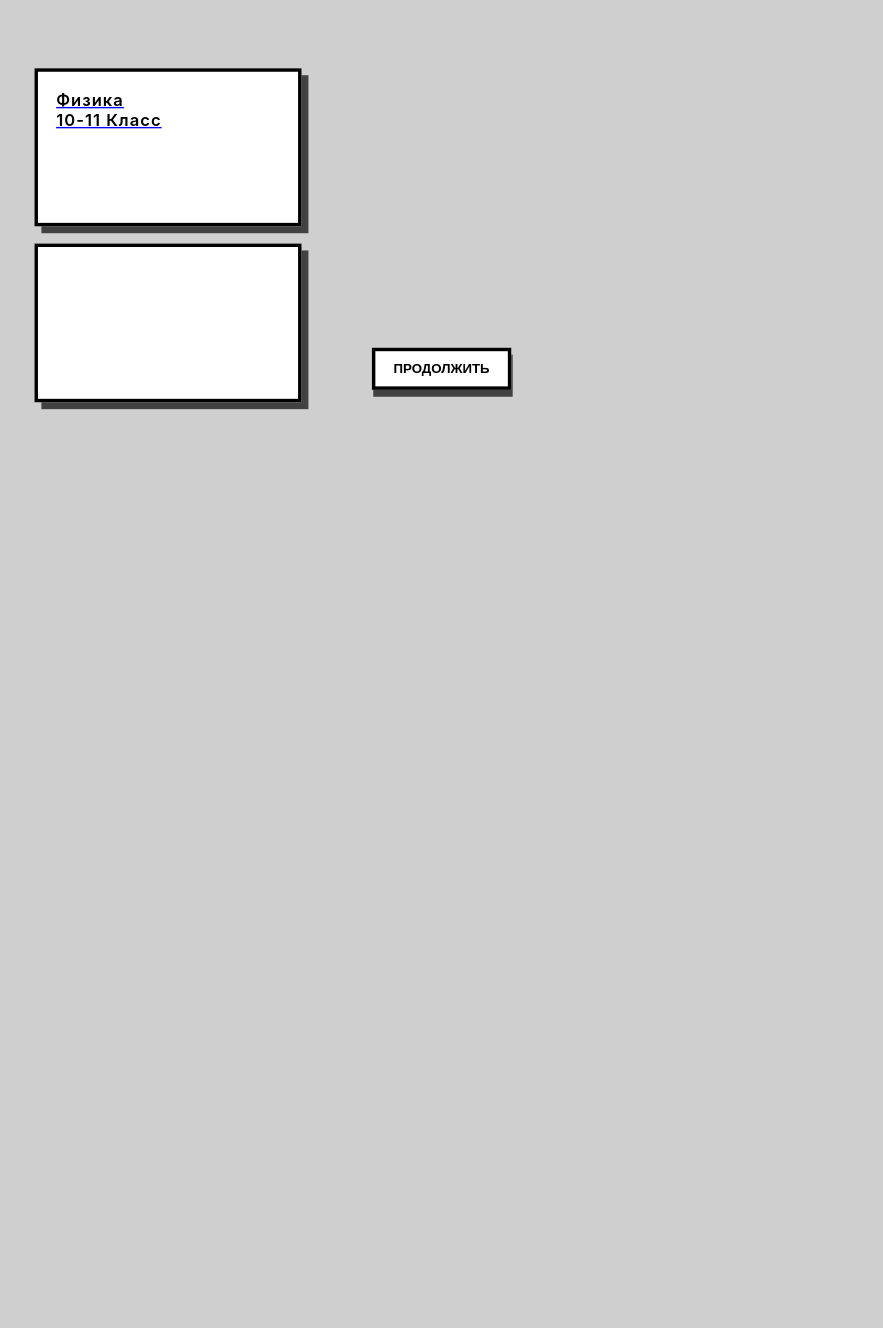
Repository: ICU-Dici/SchoolProject
Page: /NavigationBlock
The author's editor kept a copy of each file at every save. The page is drawn from the files as they stood at one save, then again after the next save.
The browser window is 1280 px wide. The pictures show the whole page, at 69% of full size.
The project was rebuilt for these pictures with package versions that can differ from the ones it lists, and the page was loaded fresh each time. Also part of the build but not shown: src/components/PhysicsEGE/Header/HeaderCopy.module.css, src/components/PhysicsEGE/Header/Header.jsx, src/components/MainBody/MainPage.jsx, src/components/PhysicsEGE/Header/Header copy.jsx, src/components/PhysicsEGE/PointsTransfer/PointsTransfer.jsx, src/components/PhysicsEGE/PointsTransfer/PointsTransferContainer.jsx, src/components/PhysicsEGE/PhysicsEGE.module.css, src/components/PhysicsEGE/PhysicsNavPage/PhysicsNavPage.module.css and 5 more.

Above is the page before, as saved 2024-01-02 00:42:01.

### src/index.js
import React from 'react';
import ReactDOM from 'react-dom/client';
import './index.css';
import AppNew from './AppNew';
import reportWebVitals from './reportWebVitals';
import { Provider } from 'react-redux';
import store from './redux/state-redux';

const root = ReactDOM.createRoot(document.getElementById('root'));
export let RenderEntierTree = (state) =>{
  root.render(
    <React.StrictMode>
      <Provider store={store}>
      <AppNew/>
      </Provider>
    </React.StrictMode>
  );

  reportWebVitals();
}

RenderEntierTree(store.getState());
store.subscribe(() => {
  let state = store.getState();
  RenderEntierTree(state);
});

### src/AppNew.js
import './App.css';
import {BrowserRouter, NavLink, Route, Routes} from "react-router-dom";
import Header from './components/PhysicsEGE/Header/Header';
import MainPage from './components/MainBody/MainPage';
import NavigationSide from './components/NavigationSide/NavigationSide';
import PhysicsEGE from './components/PhysicsEGE/PhysicsEGE';
import NavigationSideContainer from './components/NavigationSide/NavigationSideContainer';
import PhysicsEGEContainer from './components/PhysicsEGE/PhysicsEGEContainer';

const  App = () => {
  return (
    <BrowserRouter>
    <div className="AppWrapper">
      <Routes>
      <Route path='/NavigationBlock/' element={<NavigationSideContainer/>}/>
      <Route path='/Physics/*' element={<PhysicsEGEContainer/>}/>
      </Routes>
    </div>
    </BrowserRouter>
  );
}

export default App;

### src/redux/state-redux.js
import {combineReducers, legacy_createStore as createStore } from 'redux'
import PointsTransferReducer from './PointsTransferReducer';
import NavigationReducer from './NavigationReducer';
import PhysicsEGEReducer from './PhysicsEGEReducer';
import PhysicsNavPageReducer from './PhysicsNavPageReducer';





let reducers = combineReducers({
    PTRdom: PointsTransferReducer,
    NavSideDOM: NavigationReducer,
    PhysicsEGEDOM: PhysicsEGEReducer,
    PhysicsNavPageDOM: PhysicsNavPageReducer,
})

let store = createStore( reducers)

window.store = store

export default store;

### src/App.css
.AppWrapper {
    display: grid;
    margin: 0 auto;
    grid-template-areas:
    ' H '
    ' M ';
    grid-gap: 10px; /*grid-gap- это расстояния между элементами grid-сетки*/
  }
.MainBody {
    grid-area: M;
}

### src/components/NavigationSide/NavigationSide.jsx
import React from "react";
import s from './NavigationSide.module.css'
import { NavLink } from "react-router-dom";
import PhyBlockStructureContainer from "./Block/PhyBlockStructureContainer";




const NavigationSide = (props) =>{
    return (

        <div className={s.AheadWrapper}>
            <div className={s.NavBlocksWrapper}>
                <div className={s.PhysicsPath} >
                    <div className={s.PhysicsLink} onClick={() => {props.SelectBlockAc('/Physics/*')}}><PhyBlockStructureContainer index={'/Physics/*'} blockName={'Физика'} blockInfo={'10-11 Класс'}/></div>
                    <div className={s.PhysicsLink} onClick={() => {props.SelectBlockAc('/Physics/PointsTransfer')}}><PhyBlockStructureContainer index={'/Physics/PointsTransfer'}/></div>
                </div>
                <div>
                    <NavLink to={props.selected}  className={s.ToTruePageWrapper}><div  className={s.ToTruePage}>ПРОДОЛЖИТЬ</div></NavLink>
                </div>
            </div>
        </div>
    )
}


export default NavigationSide;

### src/components/NavigationSide/NavigationSideContainer.jsx
import { connect } from "react-redux"
import NavigationSide from "./NavigationSide"
import {SelectBlockAc} from '../../redux/NavigationReducer'






const mapStateToProps = (state) => {
    return {
        selected: state.NavSideDOM.selected
    }
}

export default connect(mapStateToProps, {SelectBlockAc})(NavigationSide)

### src/components/PhysicsEGE/PhysicsEGEContainer.jsx
import { connect } from "react-redux"
import PhysicsEGE from "./PhysicsEGE"
import { toggleBurgerMenuAc } from "../../redux/PhysicsEGEReducer"














const mapStateToProps = (state) => {
    return {
        isBurgerMenuOpened: state.PhysicsEGEDOM.isBurgerMenuOpened
    }
}


export default connect(mapStateToProps, {toggleBurgerMenuAc})(PhysicsEGE)

### src/redux/PointsTransferReducer.js




let PointTransferRInitialState ={
    PointsBase: [
        { id: 0, realId: 0 },
        { id: 1, realId: 4 },
        { id: 2, realId: 8},
        { id: 3, realId: 11 },
        { id: 4, realId: 15 },
        { id: 5, realId: 18 },
        { id: 6, realId: 22 },
        { id: 7, realId: 26 },
        { id: 8, realId: 29 },
        { id: 9, realId: 33 },
        { id: 10, realId: 36 },
        { id: 11, realId: 38 },
        { id: 12, realId: 39 },
        { id: 13, realId: 40 },
        { id: 14, realId: 42 },
        { id: 15, realId: 43 },
        { id: 16, realId: 44 },
        { id: 17, realId: 46 },
        { id: 18, realId: 47 },
        { id: 19, realId: 48 },
        { id: 20, realId: 49 },
        { id: 21, realId: 51 },
        { id: 22, realId: 52 },
        { id: 23, realId: 53 },
        { id: 24, realId: 55 },
        { id: 25, realId: 56 },
        { id: 26, realId: 57 },
        { id: 27, realId: 59 },
        { id: 28, realId: 60 },
        { id: 29, realId: 61 },
        { id: 30, realId: 62 },
        { id: 31, realId: 65 },
        { id: 32, realId: 68 },
        { id: 33, realId: 70 },
        { id: 34, realId: 73 },
        { id: 35, realId: 75 },
        { id: 36, realId: 78 },
        { id: 37, realId: 80 },
        { id: 38, realId: 83 },
        { id: 39, realId: 85 },
        { id: 40, realId: 88 },
        { id: 41, realId: 90 },
        { id: 42, realId: 93 },
        { id: 43, realId: 95 },
        { id: 44, realId: 98 },
        { id: 45, realId: 100 },
    ],
    BeforePointsNow: 0,
    AfterPointsNow: 0

}

const PointsTransferReducer = (state = PointTransferRInitialState, action) => {
    let stateCopy
    switch(action.type) {

        case TRANSEF_POINTS:

          const afterPointsNow = state.PointsBase.find((points) => points.id === state.BeforePointsNow)?.realId || 0;

          return {
            ...state,
            AfterPointsNow: afterPointsNow
          };
        case POINTS_ON_CHANGE : {
            stateCopy ={
                ...state,
                BeforePointsNow: action.NewBeforePointsNow
            }
            return stateCopy;
        }
        case UP_POINTS: debugger;
            if (state.BeforePointsNow!= 45) {
                return {
                    ...state,
                    BeforePointsNow: state.BeforePointsNow+1
                }
            }
            else {
                return {
                    ...state,
                    BeforePointsNow: state.BeforePointsNow=0
                }
            }

        case DOWN_POINTS: if (state.BeforePointsNow!= 0) {
            return {
                ...state,
                BeforePointsNow: state.BeforePointsNow-1
            }
        }
        else {
            return {
                ...state,
                BeforePointsNow: state.BeforePointsNow=45
            }
        }
        default: return state
    }
}

export default PointsTransferReducer;

const TRANSEF_POINTS = 'TransefPoints'
const POINTS_ON_CHANGE = 'ChangePoints'
const UP_POINTS = 'UpPoints'
const DOWN_POINTS = 'DownPoints'


export const UpPointsAc = () => ({type:UP_POINTS})
export const DownPointsAc = () => ({type:DOWN_POINTS})
export const ChangePointsAc = (NewBeforePointsNow) => ({ type: POINTS_ON_CHANGE, NewBeforePointsNow })
export const TransefPointsAc = () =>({ type: TRANSEF_POINTS})

### src/redux/NavigationReducer.js

let NavInitState = {
    selected: ''
}















const NavigationReducer = (state = NavInitState, action) =>{
    let stateCopy
    switch(action.type) {
        case SELECT_BLOCK: debugger;
            return {
                ...state,
                selected: action.selectedBlock
            }

        default: return state
    }
}

const SELECT_BLOCK = 'Select_Block'

export const SelectBlockAc = (selectedBlock) => ({type:SELECT_BLOCK, selectedBlock})

export default NavigationReducer;

### src/redux/PhysicsEGEReducer.js





let PhysicsEgeInitState = {
    isBurgerMenuOpened: false
}







const PhysicsEGEReducer = ( state = PhysicsEgeInitState, action) => {
    switch (action.type) {
        case TOGGLE_BURGER_MENU:  debugger;
        return {
            ...state,
            isBurgerMenuOpened: action.ToggleBurger
        }
        default: return state
    }
}

export default PhysicsEGEReducer;
const TOGGLE_BURGER_MENU = 'toggleBurgerMenu'
export const toggleBurgerMenuAc = (ToggleBurger) => ({type:TOGGLE_BURGER_MENU, ToggleBurger})

### src/redux/PhysicsNavPageReducer.js






let PhyNavPageInitState = {
    selectedCase: 0
}




const PhysicsNavPageReducer = (state = PhyNavPageInitState, action) => {
    switch(action.type) {
        case CHOOSE_CASE : {
            if (state.selectedCase === action.selectedCase) {
                return {
                    ...state,
                selectedCase: 0
                }
            }
            else {
                return {
                    ...state,
                selectedCase: action.selectedCase
                }
            }
        }
        default: return state
    }
}


export default PhysicsNavPageReducer;


const CHOOSE_CASE = 'ChooseCase';

export const ChooseCaseAc = (selectedCase) => ({type: CHOOSE_CASE, selectedCase})

### src/components/NavigationSide/NavigationSide.module.css
.AheadWrapper {
    background-color: #cfcfcf;
    height: 100%;
    padding: 3%;
}

.NavBlocksWrapper {
    width: 98%;
    margin-left: auto;
    margin-right: auto;
    padding-top: 5%;
    margin-bottom: 100%;
    display: grid;
    grid-template-columns: 4fr 2fr 4fr;
    grid-column-gap: 7%;
}

.PhysicsLink {
    text-decoration: underline blue;
    transition: all 0.5s;
    width: 80%;
    margin-bottom: 6%;
    box-sizing: border-box;
}

.ToTruePage {
    text-decoration: none;
    color: black;
    border: 5px black solid;
    text-align: center;
    background-color: white;
    padding: 7% 10% 7% 10%;
    margin-top: 200%;
    font-family: montserrat,Arial,sans-serif;
    font-size: 120%;
    font-weight: bold;
    box-shadow: 2px 10px rgb(65, 65, 65);
    transition: 0.5s all;
}

.ToTruePage:hover {
    box-shadow: 2px 6px rgb(65, 65, 65);
    transform: scale(1.05);
    color: #314cc5;
}

.ToTruePageWrapper {
    text-decoration: none;
}

### src/components/NavigationSide/Block/PhyBlockStructureContainer.jsx
import { connect } from "react-redux"
import BlockStructure from "./PhyBlockStructure"










const mapStateToProps = (state) => {
    return {
        selected: state.NavSideDOM.selected
    }
}

export default connect(mapStateToProps)(BlockStructure)

### src/components/NavigationSide/Block/PhyBlockStructure.jsx
import React from "react"
import s from './PhyBlockStructure.module.css'


const BlockStructure = (props) =>{
    return (
        <div className={s.Wrapper}>
            <div className={s.Block}>
                <div className={ props.selected === props.index ? s.MainBodyBlockActive : s.MainBodyBlock}>
                    <div>{props.blockName}</div>
                    <div>{props.blockInfo}</div>
                </div>
            </div>
        </div>
    )
}

export default BlockStructure;

### src/components/PhysicsEGE/PointsTransfer/PointsTransfer.module.css
.Wrapper {
    width: 50%;
    margin-left: auto;
    margin-right: auto;
}

::selection {
    background: #2c2c2c; /* Safari */
    color: white;
}
.UiBlock {
    margin:auto;
    text-align: center;
    padding-top: 35%;
}

.enterPoints {
    margin-right: 1%;
    border: 0;
    font-family: montserrat,Arial,sans-serif;
    font-size: 200%;
    width: 7%;
}
.enterPoints::-webkit-inner-spin-button,


.enterPoints::-webkit-outer-spin-button {


-webkit-appearance: none;


margin: 0;


}

.results{
    font-size: 150%;
}

.ChangePointsNumber button {
    background-color: white;
    border: 0;
}

.enterPoints:focus {
    border: 0;
    outline: none;
    background-color: rgb(194, 194, 194);
}

.CountPoints {
    border-radius: 0;
    border: 0;
    cursor: pointer;
    background-color: rgb(255, 255, 255);
    font-family: montserrat,Arial,sans-serif;
    font-size: 200%;
}
.ChangePointsNumber .minus {
    margin-right: 10%;
    font-size: 200%;
    font-weight: bold;
    cursor: pointer;
}
.ChangePointsNumber .plus {
    margin-left: 10%;
    font-size: 200%;
    font-weight: bold;
    cursor: pointer;
}

### src/components/NavigationSide/Block/PhyBlockStructure.module.css

.Wrapper {
    width: 100%;
    height: 100%;
}

.Block{
    display: block;
    margin-left: auto;
    margin-right: auto
}

.MainBodyBlock {
    width: 100%;
	height: 7em;
    background-color: #ffffff;
    border: 5px black solid;
    box-shadow: 10px 10px rgb(65, 65, 65);
    padding: 8%;
    color: rgb(0, 0, 0);
    font-size: 150%;
    font-weight: 600;
    letter-spacing: 1.5px;
    font-stretch: ultra-expanded;
    transition: 0.2s all;
    cursor: pointer;
}

.MainBodyBlockActive {
    width: 100%;
	height: 7em;
    background-color: #f0f0f0;
    border: 5px black solid;
    box-shadow: 6.5px 8px rgb(65, 65, 65);
    padding: 8%;
    color: rgb(0, 0, 0);
    font-size: 150%;
    font-weight: 600;
    letter-spacing: 1.5px;
    font-stretch: ultra-expanded;
    cursor: pointer;
    transition: 0.2s all;
}

Loaded but not shown: public/index.html (common file); src/index.css (common file); src/reportWebVitals.js (common file)

After the next save:
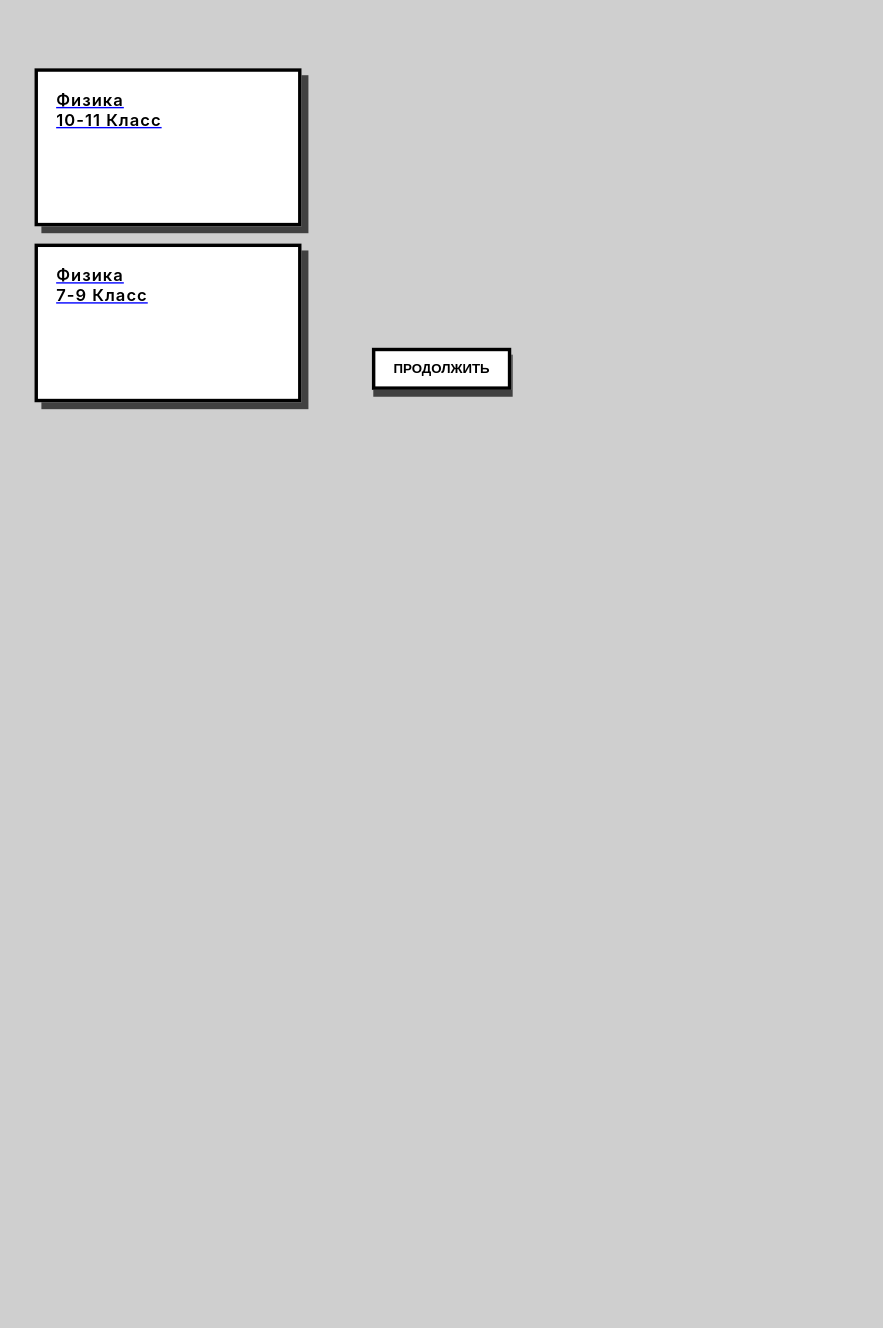
Saved 34 s later.
--- a/src/components/NavigationSide/NavigationSide.jsx
+++ b/src/components/NavigationSide/NavigationSide.jsx
@@ -13,7 +13,7 @@ const NavigationSide = (props) =>{
             <div className={s.NavBlocksWrapper}>
                 <div className={s.PhysicsPath} >
                     <div className={s.PhysicsLink} onClick={() => {props.SelectBlockAc('/Physics/*')}}><PhyBlockStructureContainer index={'/Physics/*'} blockName={'Физика'} blockInfo={'10-11 Класс'}/></div>
-                    <div className={s.PhysicsLink} onClick={() => {props.SelectBlockAc('/Physics/PointsTransfer')}}><PhyBlockStructureContainer index={'/Physics/PointsTransfer'}/></div>
+                    <div className={s.PhysicsLink} onClick={() => {props.SelectBlockAc('/Physics/PointsTransfer')}}><PhyBlockStructureContainer index={'/Physics/PointsTransfer'} blockName={'Физика'} blockInfo={'7-9 Класс'}/></div>
                 </div>
                 <div>
                     <NavLink to={props.selected}  className={s.ToTruePageWrapper}><div  className={s.ToTruePage}>ПРОДОЛЖИТЬ</div></NavLink>
